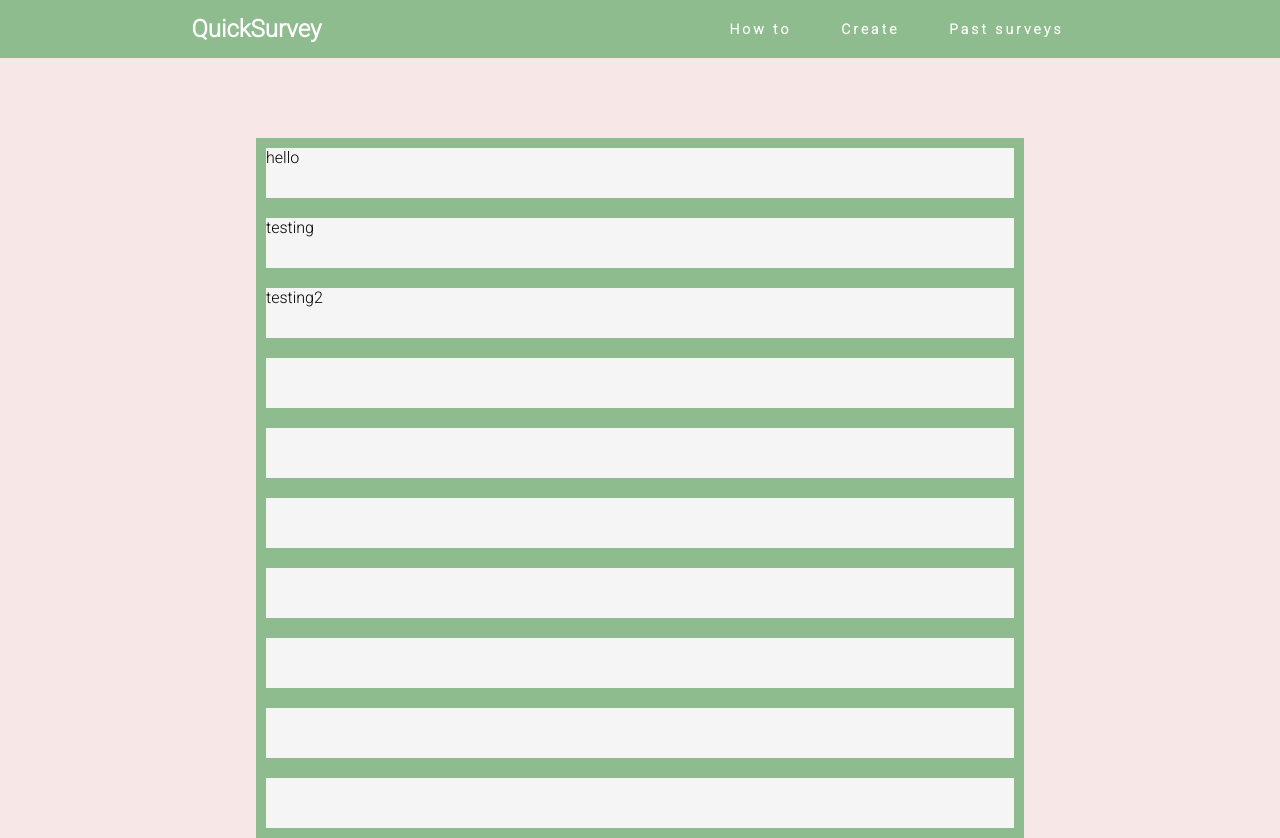
Repository: cakuang1/QuickSurvey
Page: pastsurveys.html
These files come from the project's save history. The page is drawn as it stood at one moment and after a run of saves; the edit follows.
The browser window is 1280 px wide. The pictures show the whole page.
Some web libraries are served in a nearby version.

Above is the page before, as saved 2022-01-06 21:59:08.
Console error: TypeError: Cannot read properties of null (reading 'cloneNode')

### pastsurveys.html
<!DOCTYPE html>
<html>
<head>
    <title>QuickSurvey</title>
    <link href="https://fonts.googleapis.com/css2?family=Roboto:wght@300&display=swap" rel="stylesheet">
    <meta charset="UTF-8">
    <link rel="stylesheet" href="style.css">
    <script src="app.js" defer></script>
    <script src="https://kit.fontawesome.com/71865f0e2e.js" crossorigin="anonymous"></script>


</head>

<body>
        <nav class="navbar">
            <div class = 'heading'>
                <h2 id = "logo">QuickSurvey</h2>
            </div>
            <ul class="nav-menu">
                <li><a href="index.html" >How to</a></li>
                <li><a href="create.html">Create</a></li>
                <li><a href="pastsurveys.html">Past surveys</a></li>
            </ul>
        </nav>

    </div>

    <div class="wrapper">
        <div class="holders">hello</div>
        <div class="holders">testing</div>
        <div class="holders">testing2</div>
        <div class="holders"></div>
        <div class="holders"></div>
        <div class="holders"></div>
        <div class="holders"></div>
        <div class="holders"></div>
        <div class="holders"></div>
        <div class="holders"></div>
    </div>
</body>

### style.css
* {
    box-sizing: border-box;
    margin: 0;
    padding: 0;
    font-family: 'Roboto', sans-serif;
}
body{
    background-color: #f7e7e7;


}
nav {
    display: flex;
    justify-content: space-around;
    align-items: center;
    min-height: 8vh;
    background-color: darkseagreen;
}

.nav-menu {
    display: flex;
    justify-content: space-around;
    width: 30%;
}


.creates {
    text-align: center;
    max-width: 140px;
    height:70px;

    padding: 0;
    border-color: darkseagreen;
    color: #000;
    font-size: 12px;
}
.nav-menu li {
    list-style: none;
}
.nav-menu a{
    color:white;
    text-decoration: none;
    letter-spacing: 3px;
    font-weight: bold;
    font-size: 14px;
    padding: 14px 16px;

}
.nav-menu li a:hover:not(.active){
    background-color: lightseagreen;
}
.nav-ment li a.active {
    background-color: darkseagreen;
}



.namecontainer {
    background-color: white;
    width: 50%;
    margin: auto;
    margin-bottom: 1em;
    margin-top: 1em;
    border-top: 7px solid darkseagreen;
    height: 125px;

}

.namecontainer:active {
    background-color: red;
}

.namecontainer input {
    width: 90%;
    height: 50px;
    background: transparent;
    border-top: none;
    border-right: none;
    border-left: 2px solid darkseagreen;
    border-bottom: 2px solid darkseagreen;
    font-size: 35px;
    outline: none;
    padding-top: 20px;
    display: inline-block
}
.adds {
    border: none;
}

h1 {
    text-indent: 10px;
    color:  darkseagreen;
}

form {
    padding-left: 10px;
}
.fas {
    color: gray;
    font-size: 30px;

}
.fas:hover {

    color: darkseagreen;
}

#home {
    background-color: rgb(176, 226, 176);
}

#logo {
    color: white;
}

#listcontainer {
    padding-top: 100px;
    width: fit-content;
    margin: auto;

}

ol {
    padding-top: 25px;
}

ol li {
    font-size: 50px;
    color: white;

}

.formdiv {
    background-color: white;
    width: 50%;margin: auto;margin-bottom: 1em; margin-top: 1em;border-top: 7px solid darkseagreen;
    text-align: center;
    height: 150px;
}
.formdiv form {
    height: auto;
}

.formdiv {

}

.formdiv form input{
    height: 30px;
    border: none;
    width: 80%;


}

.upperdiv {
    background-color: darkseagreen;
    display: flex;
    margin: auto;
    margin-top: 20px;

}
.wrapper {
    background-color: darkseagreen;
    display: flex;
    flex-direction: column;
    min-height: 100px;
    width: 60%;
    margin: auto;
    margin-top: 80px;

}
.wrapper .holders {
    background-color:whitesmoke;
    margin:10px;
    height: 50px;
}

### app.js
//selectors
let addbutton = document.querySelector(".adds");
const list = document.querySelector("div");
const endbutton =document.querySelector(".creates");
let questionsdivs = document.querySelectorAll(".formdivs")
let array = [];

// creatinig formstruction
const formstructure = document.createElement('select');
const option1 = document.createElement('option');
const option2 = document.createElement('option');
const option3 = document.createElement('option');
option1.innerText = "True or False";
option2.innerText = "Yes or No";
option3.innerText = "Multiple choice";
formstructure.appendChild(option1);
formstructure.appendChild(option2);
formstructure.appendChild(option3);



// creating question container
let newdiv = document.createElement("div");
let linebreak = document.createElement("br");
let linebreak2 = document.createElement("br");
let newform = document.createElement("form");
let inp = document.createElement("input");
    inp.setAttribute("placeholder","Question")
let fcopy = formstructure.cloneNode(true);
let butt = addbutton.cloneNode(true);

newdiv.appendChild(newform);
newform.appendChild(inp);
newform.appendChild(fcopy);
newdiv.appendChild(linebreak);
newdiv.appendChild(butt);
newdiv.appendChild(linebreak2);

newdiv.classList.add("formdiv");


addbutton.addEventListener("click",addanother)
function addanother() {
    let clone = newdiv.cloneNode(true);
    let selectedbutton = clone.childNodes[2];
    selectedbutton.classList.add("questionsbuttons");


    document.body.appendChild(clone);
    document.body.appendChild(endbutton);
    array.push(newdiv);
    console.log(array);
}



let formselector = document.querySelectorAll('formdiv')

function emptyinput(input) {
    if (inputtxt.value.length == 0)
    {
        return true;
    }
    else {
        return false;

    }
}

After the next 2 saves:
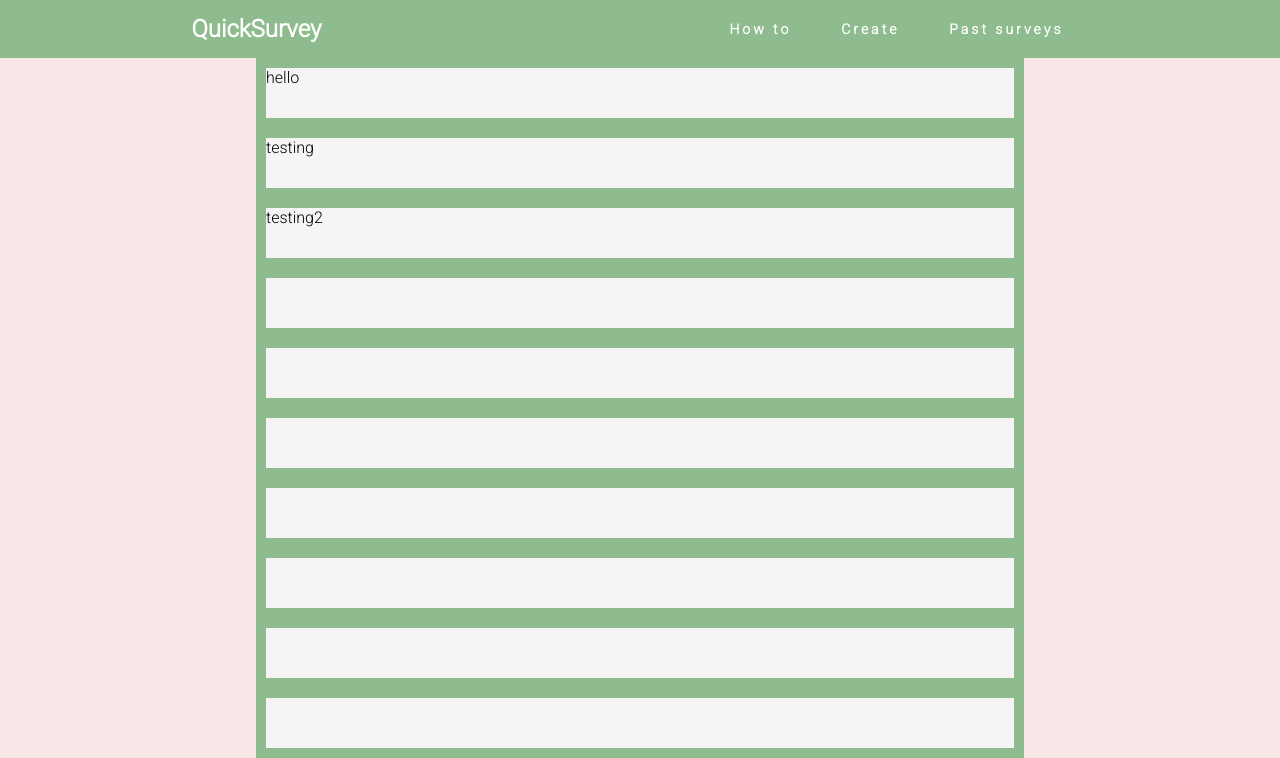
The 2 saves are shown as one change because they came seconds apart.
The last was saved 23 s later.
--- a/style.css
+++ b/style.css
@@ -156,7 +156,7 @@ ol li {
     background-color: darkseagreen;
     display: flex;
     margin: auto;
-    margin-top: 20px;
+    margin-top: 80px;
 
 }
 .wrapper {
@@ -166,7 +166,7 @@ ol li {
     min-height: 100px;
     width: 60%;
     margin: auto;
-    margin-top: 80px;
+
 
 }
 .wrapper .holders {
